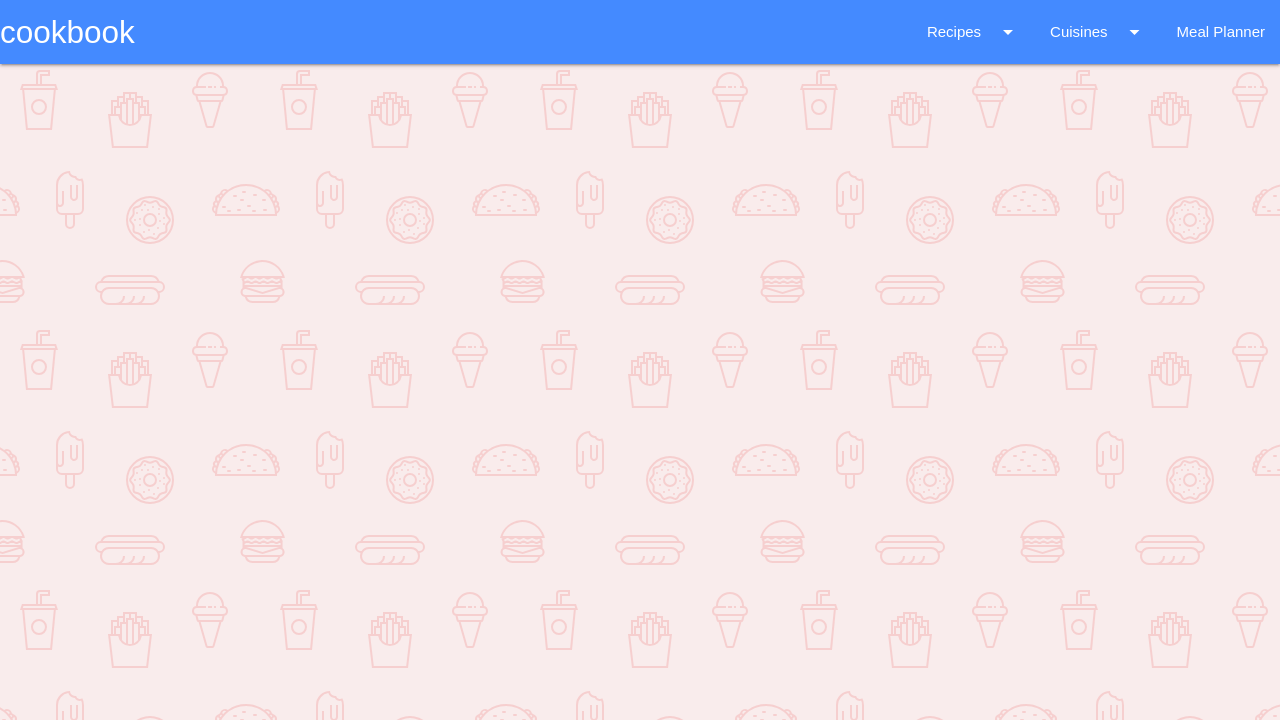
Repository: connor-blackburn/gutsy
Page: http://localhost/
The author's editor kept a record of every edit. The page is drawn from the files as they stood at one moment, then again after the next edit.
The browser window is 1280 px wide. The pictures show the whole page.
The page is served by the project's application, run on Flask 3 (app.py). Queries for data that is not in the repository find no rows.

Above is the page before.

After the next edit:
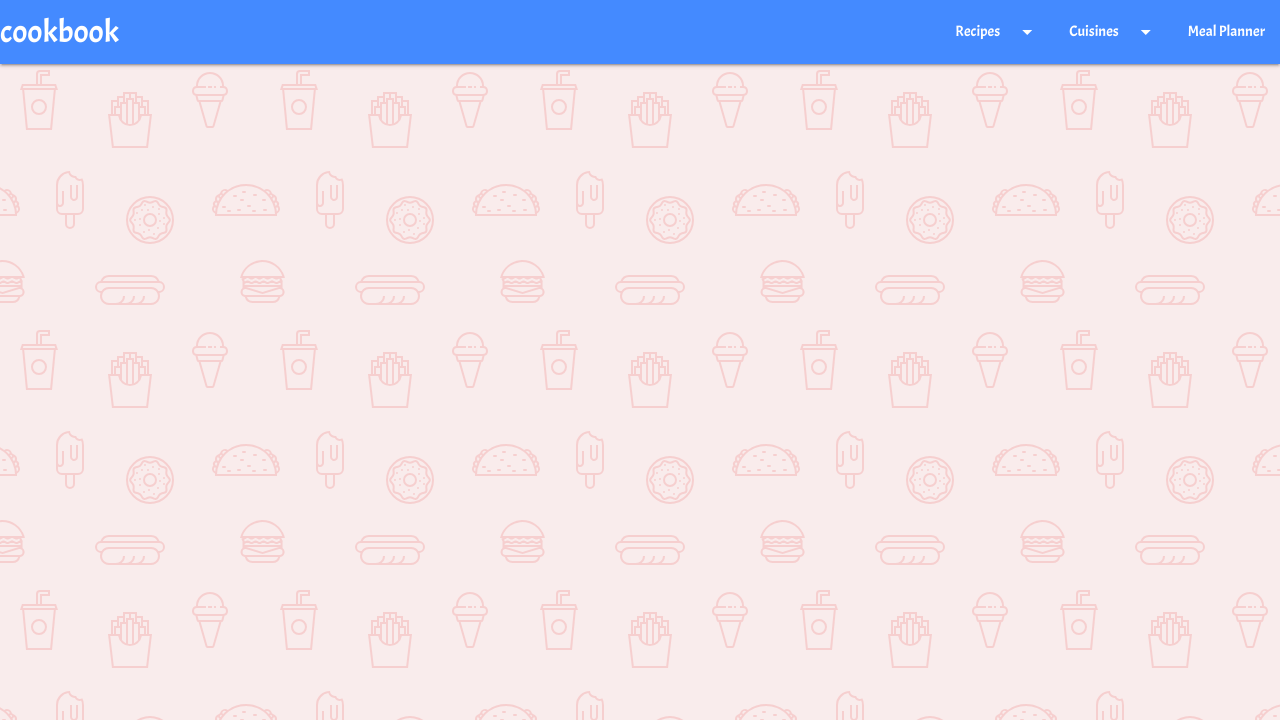
The edit:
--- a/templates/base.html
+++ b/templates/base.html
@@ -4,7 +4,7 @@
 <head>
     <link href="https://fonts.googleapis.com/icon?family=Material+Icons" rel="stylesheet">
     <link rel="stylesheet" href="https://cdnjs.cloudflare.com/ajax/libs/materialize/1.0.0/css/materialize.min.css">
-    <link href="https://fonts.googleapis.com/css?family=Ubuntu&display=swap" rel="stylesheet">
+    <link href="https://fonts.googleapis.com/css?family=Acme&display=swap" rel="stylesheet">
     <link rel="stylesheet" href="{{ url_for('static', filename='css/style.css') }}" type="text/css" />
 </head>
 
